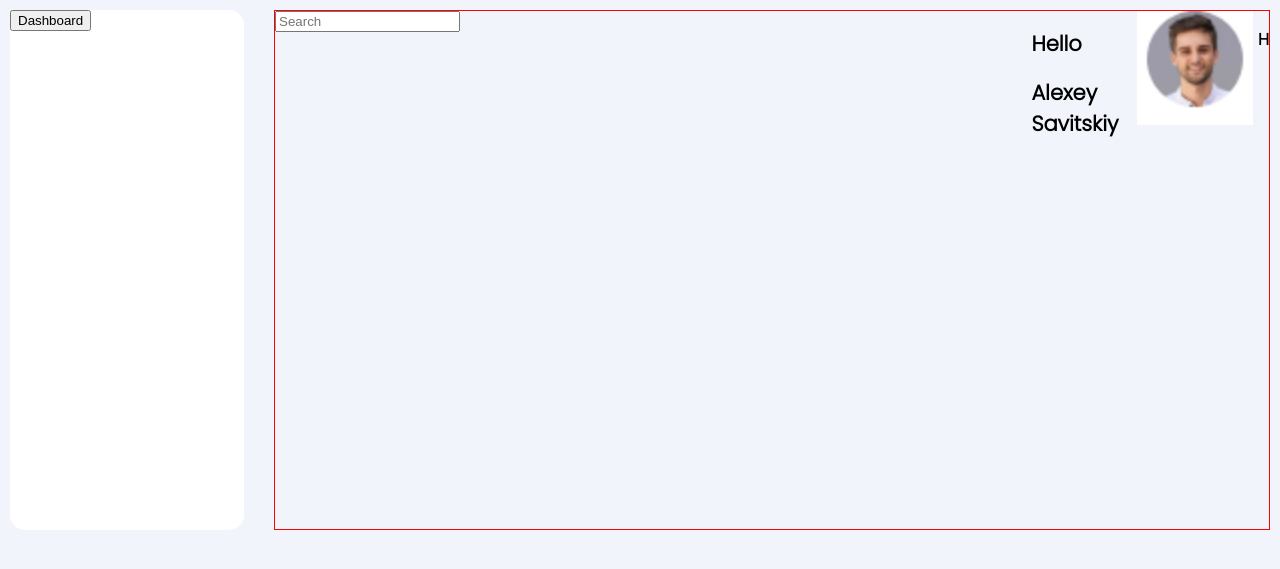
Repository: Anuruddha00/dashboard-design
Page: /
These files come from the project's save history. The page is drawn as it stood at one moment and after the next save; the edit follows.
The browser window is 1280 px wide. The pictures show the whole page.
The project was rebuilt for these pictures with package versions that can differ from the ones it lists, and the page was loaded fresh each time.

Above is the page before, as saved 2021-05-06 23:40:43.

### public/index.html
<!DOCTYPE html>
<html lang="en">
  <head>
    <meta charset="utf-8" />
    <link rel="icon" href="%PUBLIC_URL%/favicon.ico" />
    <meta name="viewport" content="width=device-width, initial-scale=1" />
    <meta name="theme-color" content="#000000" />
    <meta
      name="description"
      content="Web site created using create-react-app"
    />
    <link rel="apple-touch-icon" href="%PUBLIC_URL%/logo192.png" />

    <link rel="preconnect" href="https://fonts.gstatic.com">
    <link href="https://fonts.googleapis.com/css2?family=Poppins:wght@300&display=swap" rel="stylesheet">

    <!--
      manifest.json provides metadata used when your web app is installed on a
      user's mobile device or desktop. See https://developers.google.com/web/fundamentals/web-app-manifest/
    -->
    <link rel="manifest" href="%PUBLIC_URL%/manifest.json" />
    <!--
      Notice the use of %PUBLIC_URL% in the tags above.
      It will be replaced with the URL of the `public` folder during the build.
      Only files inside the `public` folder can be referenced from the HTML.

      Unlike "/favicon.ico" or "favicon.ico", "%PUBLIC_URL%/favicon.ico" will
      work correctly both with client-side routing and a non-root public URL.
      Learn how to configure a non-root public URL by running `npm run build`.
    -->
    <title>React App</title>
  </head>
  <body>
    <noscript>You need to enable JavaScript to run this app.</noscript>
    <div id="root"></div>
    <!--
      This HTML file is a template.
      If you open it directly in the browser, you will see an empty page.

      You can add webfonts, meta tags, or analytics to this file.
      The build step will place the bundled scripts into the <body> tag.

      To begin the development, run `npm start` or `yarn start`.
      To create a production bundle, use `npm run build` or `yarn build`.
    -->
  </body>
</html>

### src/index.js
import React from 'react';
import ReactDOM from 'react-dom';
import Dashboard from './containers/Dashboard/Dashboard';
import reportWebVitals from './reportWebVitals';

ReactDOM.render(
  <React.StrictMode>
    <Dashboard />
  </React.StrictMode>,
  document.getElementById('root')
);

// If you want to start measuring performance in your app, pass a function
// to log results (for example: reportWebVitals(console.log))
// or send to an analytics endpoint. Learn more: https://bit.ly/CRA-vitals
reportWebVitals();

### src/containers/Dashboard/Dashboard.js
import React from 'react';
import './Dashboard.scss';

const dashboard = () =>{

    return(
        <div className='container'>
            <div className='dashboard'>
                <div className='dashboardSideBar'>
                    <button>Dashboard</button>
                </div>
                <div className='dashboardMenu'>
                    <section className='content'>
                        <nav className='contentNavbar'>
                            <div className='contentNavbarSearch'>
                                <form className='contentNavbarField'>
                                    <input type='text' placeholder='Search'/>
                                </form>
                            </div>
                            <div className='contentNavbarProfile'>
                                <div className='contentNavbarSearchProfileName'>
                                    <h2>Hello</h2>
                                    <h2>Alexey Savitskiy</h2>
                                </div>
                                <img src='./assets/Image 9.png'/>
                                <h1>H</h1>
                            </div>
                        </nav>
                   </section>
                   <section>

                   </section>
                </div>
            </div>
        </div>
    )

}
export default dashboard;


{/* <nav className ='navBar'>
                    <div className='navBarContent'>
                        <div className='navBarContentSearch'>
                            <form className='navBarContentSearchField'>
                                <input type='text' placeholder='Search'/>
                            </form>
                        </div>
                        <div className='navBarContentProfile'>
                            <div className='navBarContentProfileName'>
                                <h2>Hello</h2>
                                <h2>Alexey Savitskiy</h2>
                            </div>
                            <img src='./assets/Image 9.png'/>
                            <h1>H</h1>
                        </div>
                    </div>
                </nav> */}

### src/containers/Dashboard/Dashboard.scss

body{
    margin: 0;
    padding: 0;
    font-size: 0.875rem;
    font-family: 'Poppins', sans-serif;

}

.container{
    background: #f1f5fb;
    height: 100vh;

    .dashboard{
        display: grid;
        grid-template-columns: 1fr 4fr;
        gap:10px;
        grid-auto-rows: minmax(100px, auto);

        &SideBar{
            grid-column: 1;
            grid-row: 1 / 6;
            border-radius: 15px;
            background: #ffffff;
            margin: 10px;

        }
        &Menu{
            border: 1px solid red;
            grid-column: 2;
            grid-row: 1 / 6;
            margin: 10px;

            .content{

                &Navbar{
                    display: flex;
                    justify-content: space-between;

                    &Profile{
                        display: flex;
                        gap: 5px;
                    }
                }
            }
        }
    }
}


// .navBar{
//     display: flex;
//     justify-content: end;
//     border: 1px solid #ffffff;
//     background:#ffffff;

//     &Content{
//         display: flex;


//         &Search{

//             &Field{

//             }
//         }
//         &Profile{

//             &Name{

//             }
//             display: flex;
//             gap: 1em;
//         }
//     }
// }

Loaded but not shown: src/reportWebVitals.js (common file)

After the next save:
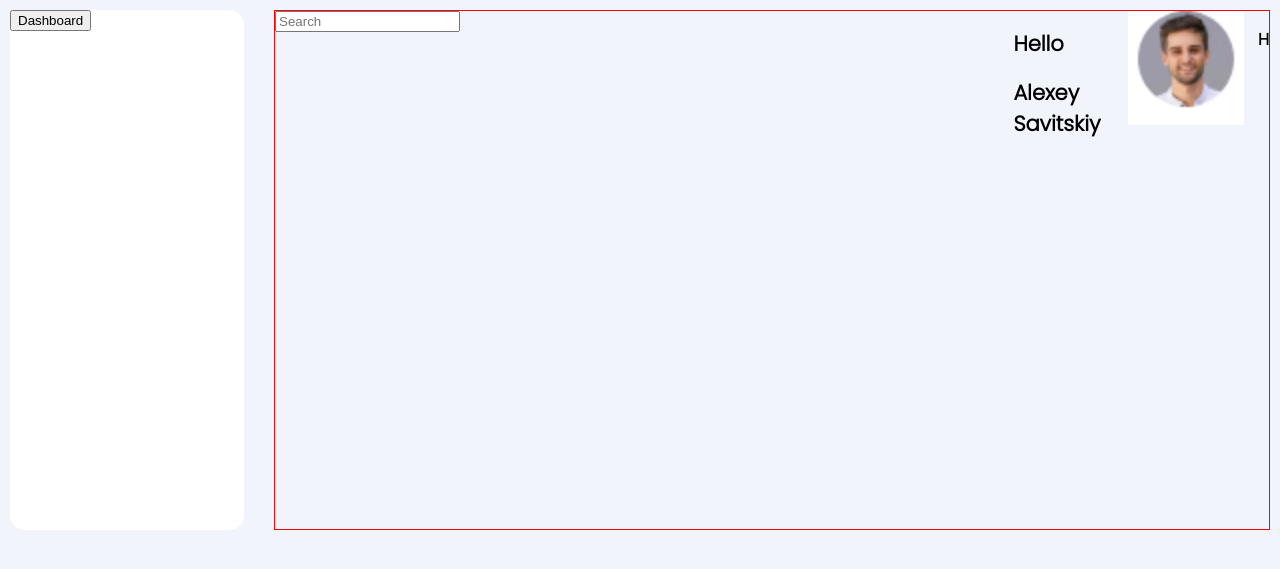
Saved 5 s later.
--- a/src/containers/Dashboard/Dashboard.scss
+++ b/src/containers/Dashboard/Dashboard.scss
@@ -39,7 +39,7 @@ body{
 
                     &Profile{
                         display: flex;
-                        gap: 5px;
+                        gap: 1em;
                     }
                 }
             }
